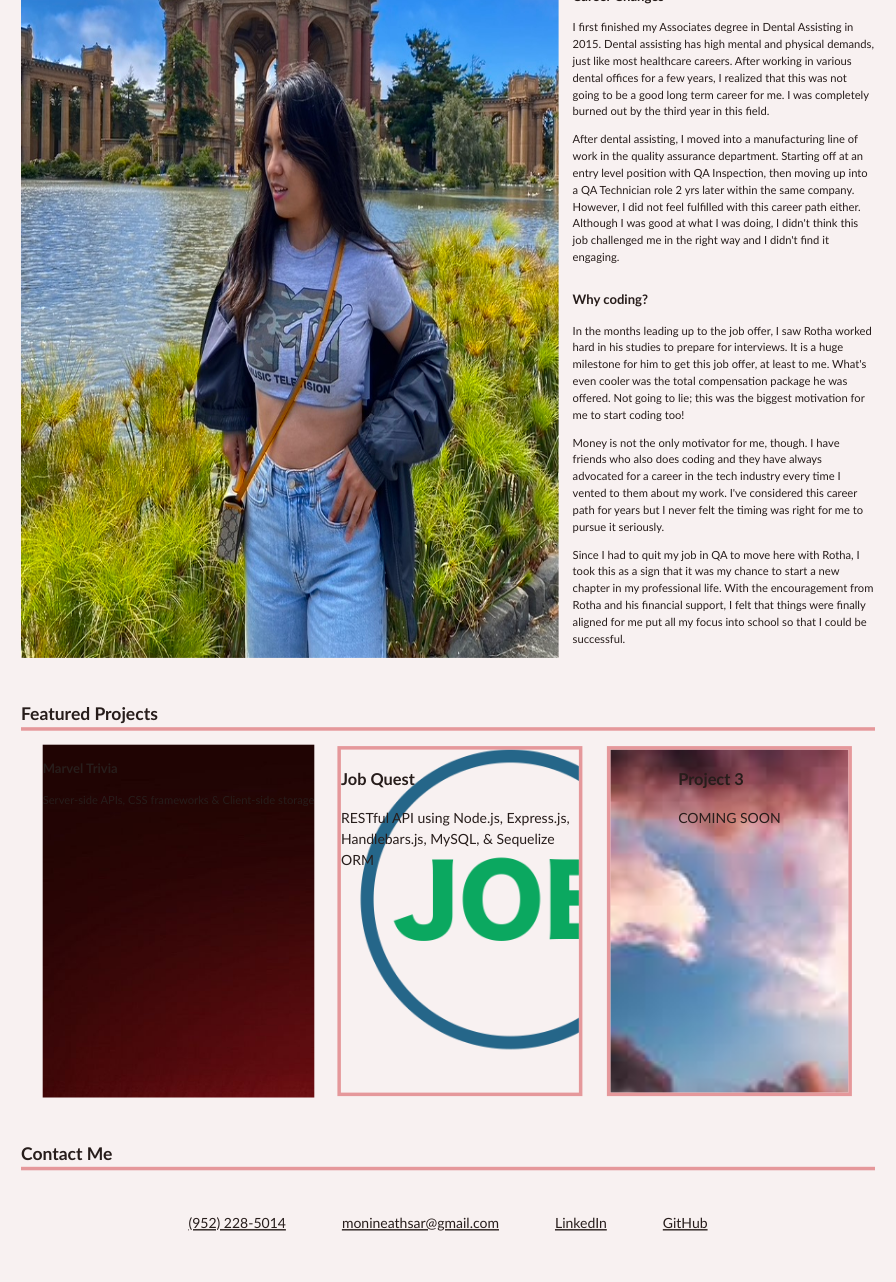
Repository: monineathsar/Challenge-2
Page: index.html
An editor plug-in stored every save of this project. The page is shown before and after the next save, followed by the edit.
The browser window is 1280 px wide. The pictures show the part of the page from y = 677 to 2597 px (the page is 2509 px tall before and 2597 px after), at 70% of full size.

Above is the page before, as saved 2022-08-13 13:06:00.

After the next save:
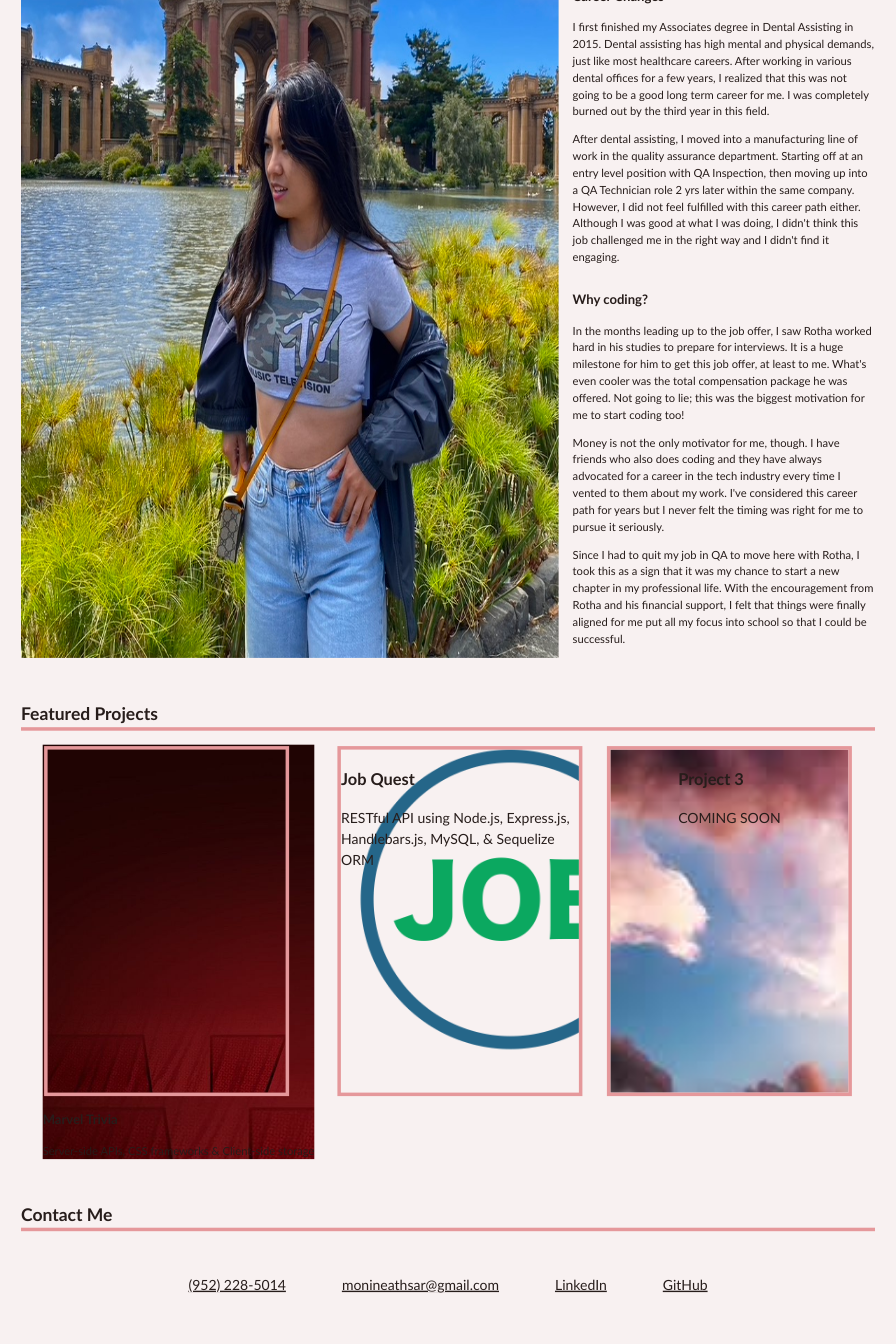
Saved 32 s later.
--- a/index.html
+++ b/index.html
@@ -97,8 +97,8 @@
 
 
                 <div class="project1">
-                    <!-- <a href="https://monineathsar.github.io/Marvel_Trivia1.0/" class="projectsBoxes project1"
-                    target="_blank"><img src="./assets/images/marvel logo.jpeg" alt="marvel logo"></a> -->
+                    <a href="https://monineathsar.github.io/Marvel_Trivia1.0/" class="projectsBoxes project1"
+                    target="_blank"></a>
                     <h3>Marvel Trivia</h3>
                     <span>Server-side APIs, CSS frameworks & Client-side storage</span>
                 </div>
